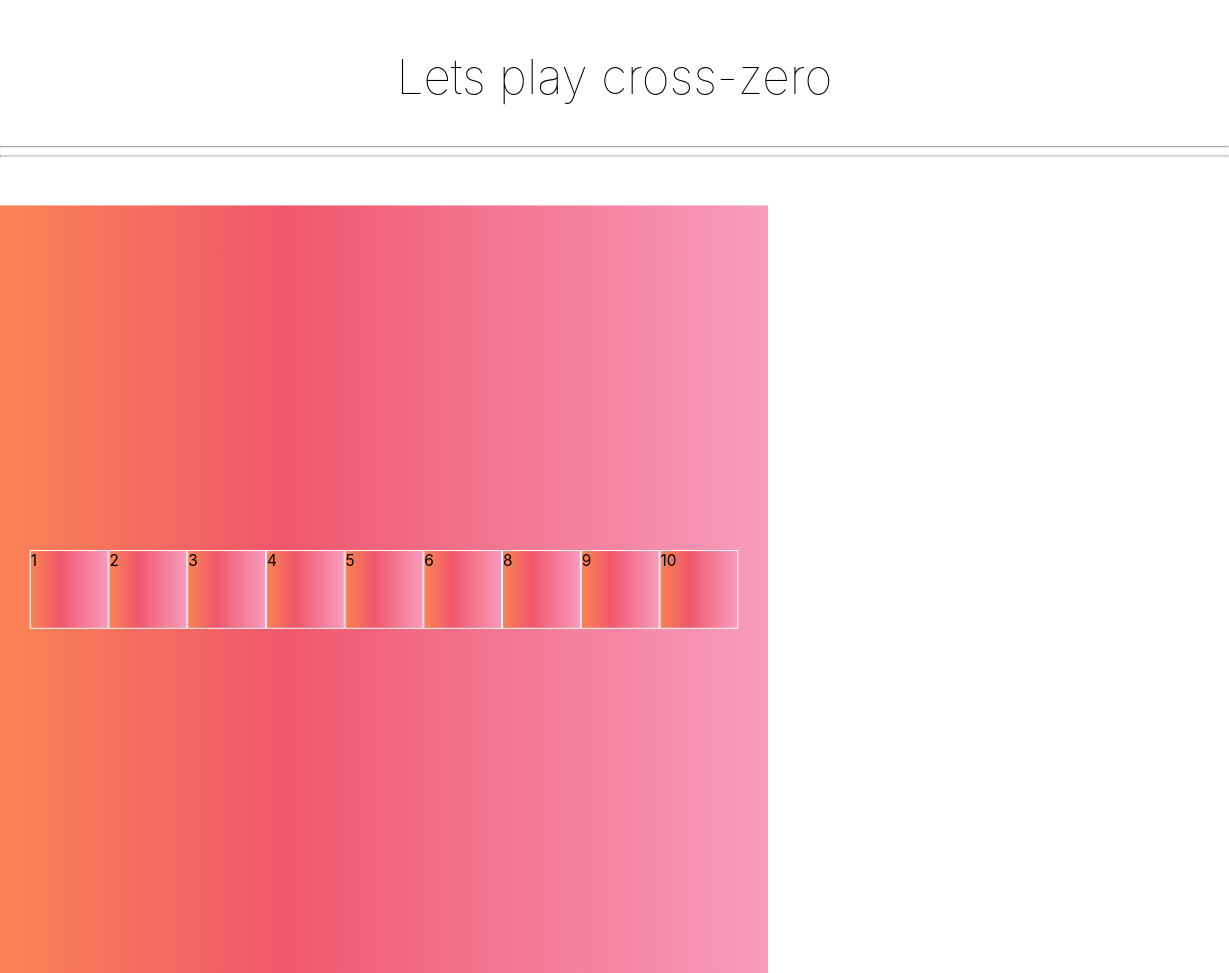
Repository: PGVlasov/cross-zero-game
Page: /
These files come from the project's save history. The page is drawn as it stood at one moment and after the next save; the edit follows.
The browser window is 1280 px wide. The pictures show the whole page, at 96% of full size.
The project was rebuilt for these pictures with package versions that can differ from the ones it lists, and the page was loaded fresh each time. Also part of the build but not shown: webpack.config.js, src/Containers/Field/Field.module.css, src/Containers/Field/Field.js.

Above is the page before, as saved 2020-11-27 15:01:23.

After the next save:
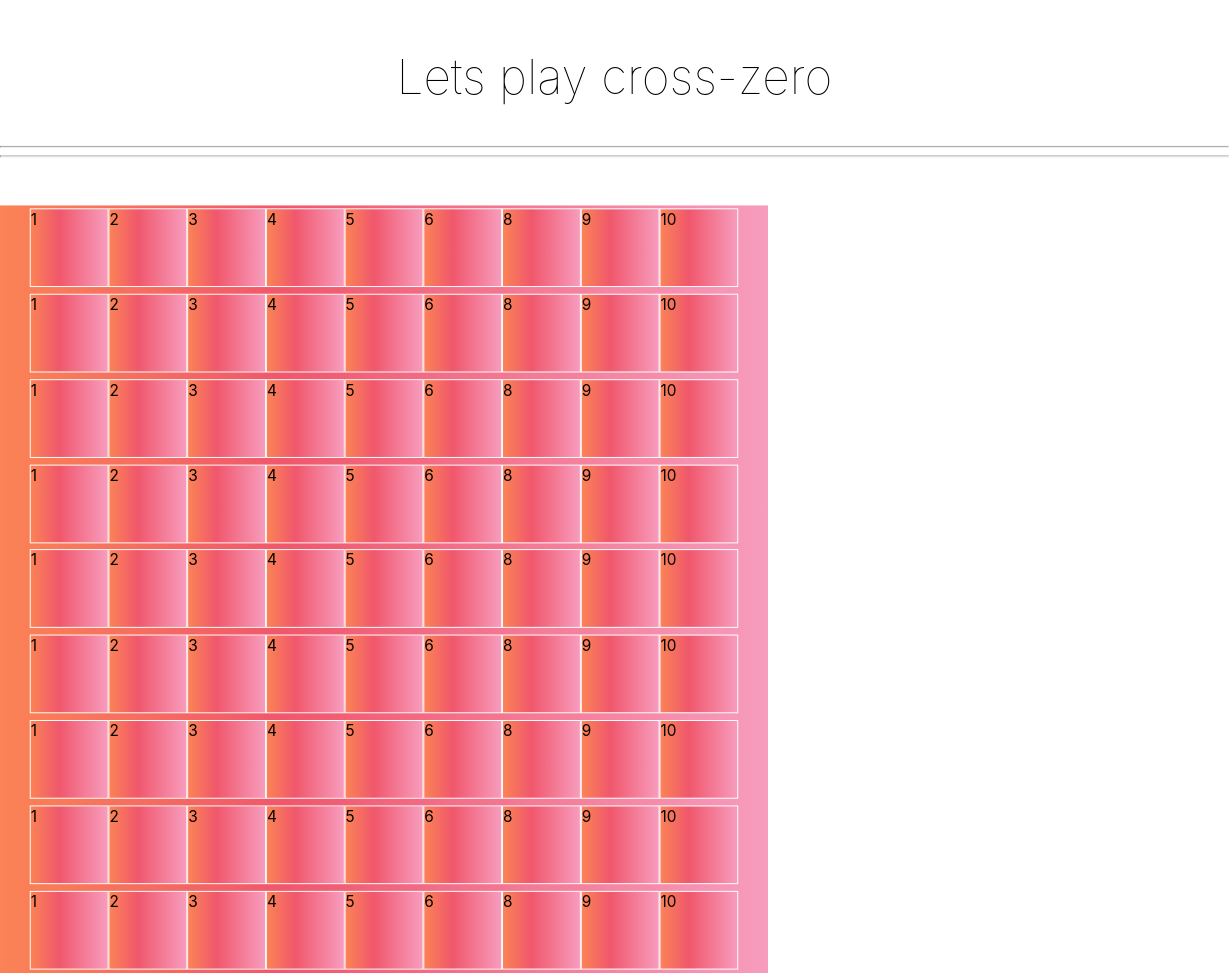
Saved 45 s later.
--- a/src/Containers/Field/Field1.js
+++ b/src/Containers/Field/Field1.js
@@ -28,6 +28,78 @@ class Field1 extends React.Component {
         <div className={classes.table}>8</div>
         <div className={classes.table}>9</div>
         <div className={classes.table}>10</div>
+        <div className={classes.table}>1</div>
+        <div className={classes.table}>2</div>
+        <div className={classes.table}>3</div>
+        <div className={classes.table}>4</div>
+        <div className={classes.table}>5</div>
+        <div className={classes.table}>6</div>
+        <div className={classes.table}>8</div>
+        <div className={classes.table}>9</div>
+        <div className={classes.table}>10</div>
+        <div className={classes.table}>1</div>
+        <div className={classes.table}>2</div>
+        <div className={classes.table}>3</div>
+        <div className={classes.table}>4</div>
+        <div className={classes.table}>5</div>
+        <div className={classes.table}>6</div>
+        <div className={classes.table}>8</div>
+        <div className={classes.table}>9</div>
+        <div className={classes.table}>10</div>
+        <div className={classes.table}>1</div>
+        <div className={classes.table}>2</div>
+        <div className={classes.table}>3</div>
+        <div className={classes.table}>4</div>
+        <div className={classes.table}>5</div>
+        <div className={classes.table}>6</div>
+        <div className={classes.table}>8</div>
+        <div className={classes.table}>9</div>
+        <div className={classes.table}>10</div>
+        <div className={classes.table}>1</div>
+        <div className={classes.table}>2</div>
+        <div className={classes.table}>3</div>
+        <div className={classes.table}>4</div>
+        <div className={classes.table}>5</div>
+        <div className={classes.table}>6</div>
+        <div className={classes.table}>8</div>
+        <div className={classes.table}>9</div>
+        <div className={classes.table}>10</div>
+        <div className={classes.table}>1</div>
+        <div className={classes.table}>2</div>
+        <div className={classes.table}>3</div>
+        <div className={classes.table}>4</div>
+        <div className={classes.table}>5</div>
+        <div className={classes.table}>6</div>
+        <div className={classes.table}>8</div>
+        <div className={classes.table}>9</div>
+        <div className={classes.table}>10</div>
+        <div className={classes.table}>1</div>
+        <div className={classes.table}>2</div>
+        <div className={classes.table}>3</div>
+        <div className={classes.table}>4</div>
+        <div className={classes.table}>5</div>
+        <div className={classes.table}>6</div>
+        <div className={classes.table}>8</div>
+        <div className={classes.table}>9</div>
+        <div className={classes.table}>10</div>
+        <div className={classes.table}>1</div>
+        <div className={classes.table}>2</div>
+        <div className={classes.table}>3</div>
+        <div className={classes.table}>4</div>
+        <div className={classes.table}>5</div>
+        <div className={classes.table}>6</div>
+        <div className={classes.table}>8</div>
+        <div className={classes.table}>9</div>
+        <div className={classes.table}>10</div>
+        <div className={classes.table}>1</div>
+        <div className={classes.table}>2</div>
+        <div className={classes.table}>3</div>
+        <div className={classes.table}>4</div>
+        <div className={classes.table}>5</div>
+        <div className={classes.table}>6</div>
+        <div className={classes.table}>8</div>
+        <div className={classes.table}>9</div>
+        <div className={classes.table}>10</div>
       </div>
     );
   }
